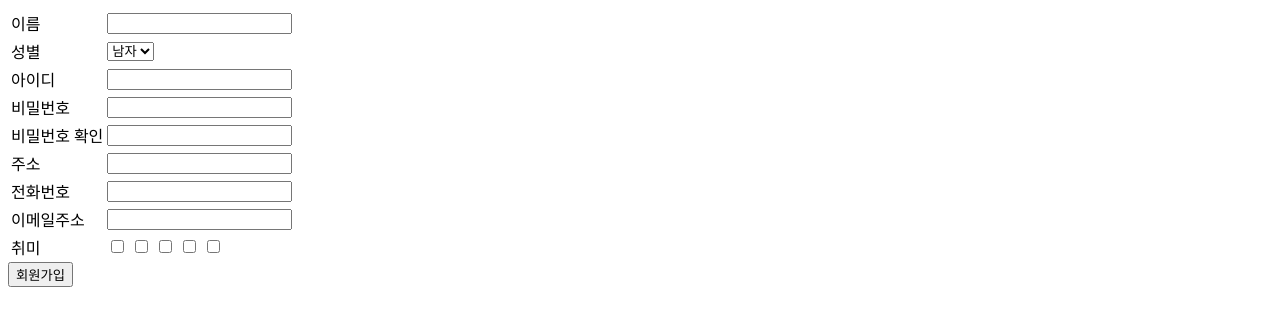
Repository: zero1128/20201113
Page: chap04/WebContent/join.html
An editor plug-in stored every save of this project. The page is shown before and after the next save, followed by the edit.
The browser window is 1280 px wide. The pictures show the whole page.

Above is the page before, as saved 2020-11-05 00:35:31.

After the next save:
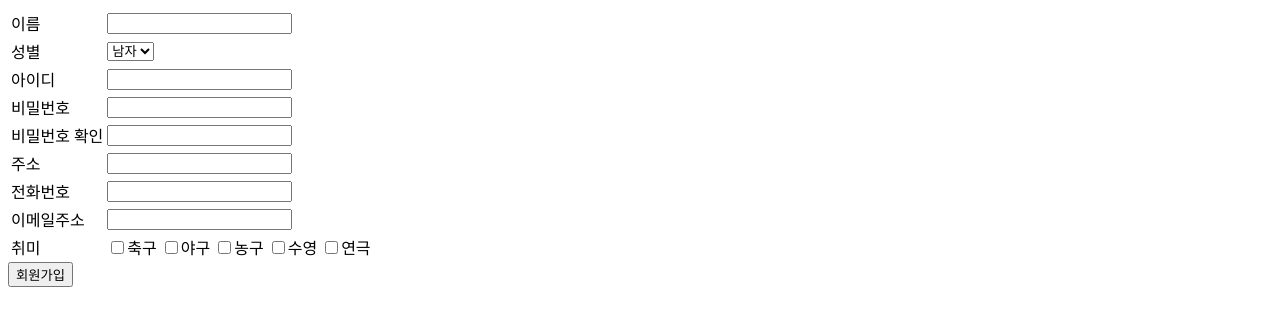
Saved 14 s later.
--- a/chap04/WebContent/join.html
+++ b/chap04/WebContent/join.html
@@ -23,11 +23,11 @@
 		<tr><td>전화번호</td><td><input type="text" name="phone"/></td></tr>
 		<tr><td>이메일주소</td><td><input type="text" name="email"/></td></tr>
 		<tr><td>취미</td>
-			<td><input type="checkbox" name="hobby" value="축구"/>
-			<input type="checkbox" name="hobby" value="야구"/>
-			<input type="checkbox" name="hobby" value="농구"/>
-			<input type="checkbox" name="hobby" value="수영"/>
-			<input type="checkbox" name="hobby" value="연극"/>
+			<td><input type="checkbox" name="hobby" value="축구"/>축구
+			<input type="checkbox" name="hobby" value="야구"/>야구
+			<input type="checkbox" name="hobby" value="농구"/>농구
+			<input type="checkbox" name="hobby" value="수영"/>수영
+			<input type="checkbox" name="hobby" value="연극"/>연극
 			</td>
 		</tr>
 	</table>
